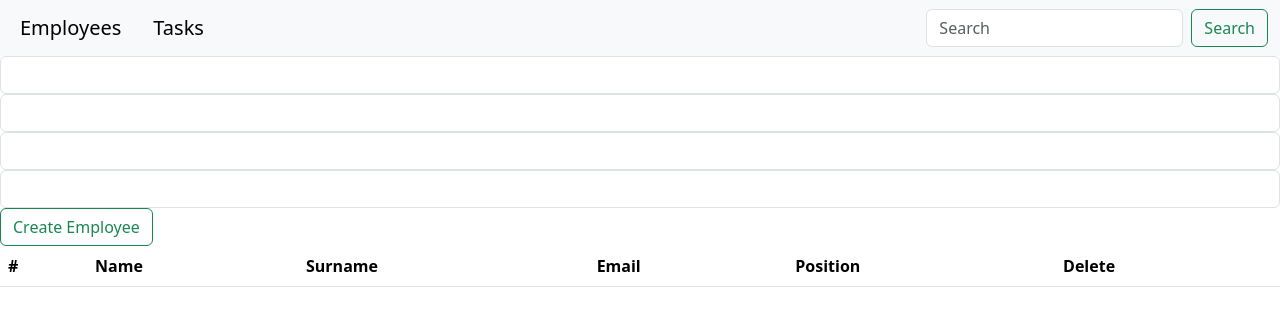
Repository: RaffiBarseghyan/employees
Page: /employees
These files come from the project's save history. The page is drawn as it stood at one moment and after the next save; the edit follows.
The browser window is 1280 px wide. The pictures show the whole page.
The page's requests for data from a server got no answer. The project was rebuilt for these pictures with package versions that can differ from the ones it lists, and the page was loaded fresh each time. No one was signed in, and anything a server would have sent is missing. Also part of the build but not shown: src/App.css, src/Pages/Employees/employees.module.scss, src/Pages/UpDel/upDel.module.scss, src/Pages/UpDel/delete.jsx, src/Pages/Tasks/tasks.jsx.

Above is the page before, as saved 2023-06-15 01:11:24.

### src/App.jsx
import "./App.css";
import Header from "./Pages/Header/header";
import { BrowserRouter, Routes, Route } from "react-router-dom";
import "bootstrap/dist/css/bootstrap.css";
import Employees from "./Pages/Employees/employees";
import Tasks from "./Pages/Tasks/tasks";

function App() {
  return (
    <>
      <BrowserRouter>
        <Header />

        <Routes>
          <Route path="/employees" element={<Employees />} />

          <Route path="/tasks" element={<Tasks />} />

          {/*
          <Route path="/category/:search" element={<Category />} />

          <Route path="/toy/:userId" element={<Toy />} />  */}
        </Routes>
      </BrowserRouter>
    </>
  );
}

export default App;

### src/Pages/Header/header.jsx
import { Link } from "react-router-dom";
import style from "./header.module.scss";

function Header() {
  return (
    <>
      <nav className="navbar navbar-expand-lg bg-body-tertiary">
        <div className="container-fluid">
          <button
            className="navbar-toggler"
            type="button"
            data-bs-toggle="collapse"
            data-bs-target="#navbarSupportedContent"
            aria-controls="navbarSupportedContent"
            aria-expanded="false"
            aria-label="Toggle navigation"
          >
            <span className="navbar-toggler-icon"></span>
          </button>
          <div className="collapse navbar-collapse" id="navbarSupportedContent">
            <ul className="navbar-nav me-auto mb-2 mb-lg-0">
              <li className="nav-item">
                <Link className={`nav-link navbar-brand active ${style.linkStyle}`} to="/employees">
                  Employees
                </Link>
              </li>
              <li className="nav-item">
                <Link
                  className={`nav-link navbar-brand ${style.linkStyle}`}
                  to="/tasks"
                >
                  Tasks
                </Link>
              </li>
            </ul>
            <form className="d-flex" role="search">
              <input
                className="form-control me-2"
                type="search"
                placeholder="Search"
                aria-label="Search"
              />
              <button className="btn btn-outline-success" type="submit">
                Search
              </button>
            </form>
          </div>
        </div>
      </nav>
    </>
  );
}

export default Header;

### src/Pages/Employees/employees.jsx
import { useEffect, useState } from "react";
import style from "./employees.module.scss";
import axios from "axios";
import Delete from "../UpDel/delete";

function Employees() {
  const [data, setdata] = useState([]);

  useEffect(() => {
    axios
      .get(
        `https://rocky-temple-83495.herokuapp.com/employees?_page=1&_limit=10`
      )
      .then((res) => {
        const persons = res.data;
        setdata(persons);
      });
  }, []);
  return (
    <>
      <div className="">
        <input className="form-control me-2" type="text" />
        <input className="form-control me-2" type="text" />
        <input className="form-control me-2" type="email" />
        <input className="form-control me-2" type="text" />
        <button className="btn btn-outline-success">Create Employee</button>
      </div>

      <table className="table">
        <thead>
          <tr>
            <th scope="col">#</th>
            <th scope="col">Name</th>
            <th scope="col">Surname</th>
            <th scope="col">Email</th>
            <th scope="col">Position</th>
            <th scope="col">Delete</th>
          </tr>
        </thead>
        <tbody>
          {data.map((item) => {
            return (
              <tr key={item.id} className={`${style.employees} `}>
                <th scope="row">{item.id}</th>
                <td>{item.name}</td>
                <td>{item.surname}</td>
                <td>{item.email}</td>
                <th>{item.position}</th>

                <th>
                  <button className={`${style.basketButtonDe} btn btn-danger `}>
                    <Delete id={item.id} req="user" />
                  </button>
                </th>
              </tr>
            );
          })}
        </tbody>
      </table>
    </>
  );
}

export default Employees;

Loaded but not shown: src/index.js (common file); src/index.css (common file); src/reportWebVitals.js (common file); src/Pages/Header/header.module.scss (no stored copy; drawn as an empty file)

After the next save:
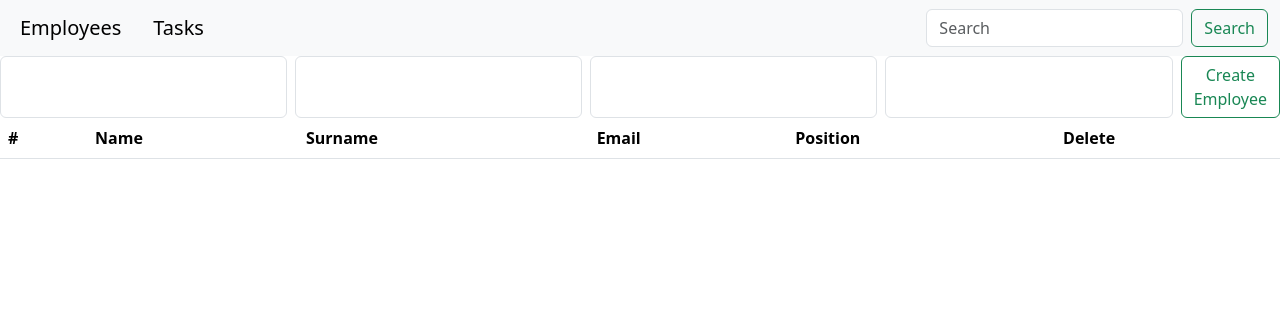
Saved 4 s later.
--- a/src/Pages/Employees/employees.jsx
+++ b/src/Pages/Employees/employees.jsx
@@ -18,7 +18,7 @@
   }, []);
   return (
     <>
-      <div className="">
+      <div className="d-flex">
         <input className="form-control me-2" type="text" />
         <input className="form-control me-2" type="text" />
         <input className="form-control me-2" type="email" />

After the 3 saves that followed:
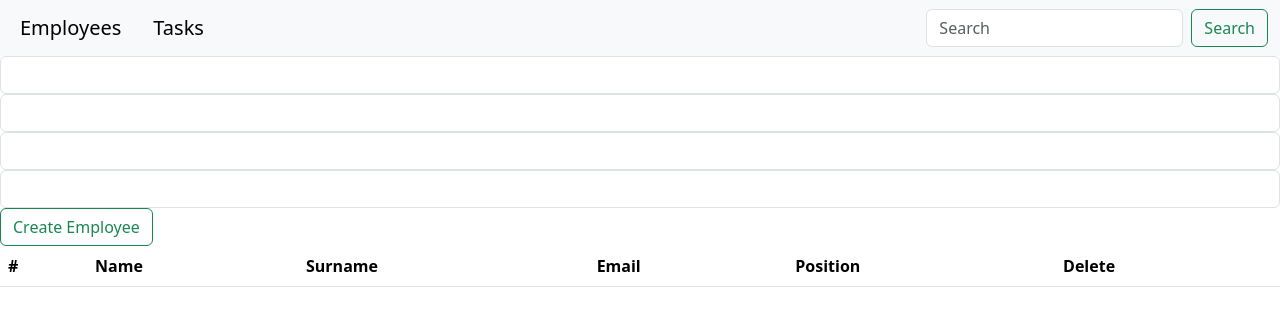
The 3 saves are shown as one change because 1 left the picture as it was and some came seconds apart.
The last was saved 14 s later.
--- a/src/Pages/Employees/employees.jsx
+++ b/src/Pages/Employees/employees.jsx
@@ -18,7 +18,7 @@
   }, []);
   return (
     <>
-      <div className="d-flex">
+      <div className={``}>
         <input className="form-control me-2" type="text" />
         <input className="form-control me-2" type="text" />
         <input className="form-control me-2" type="email" />
